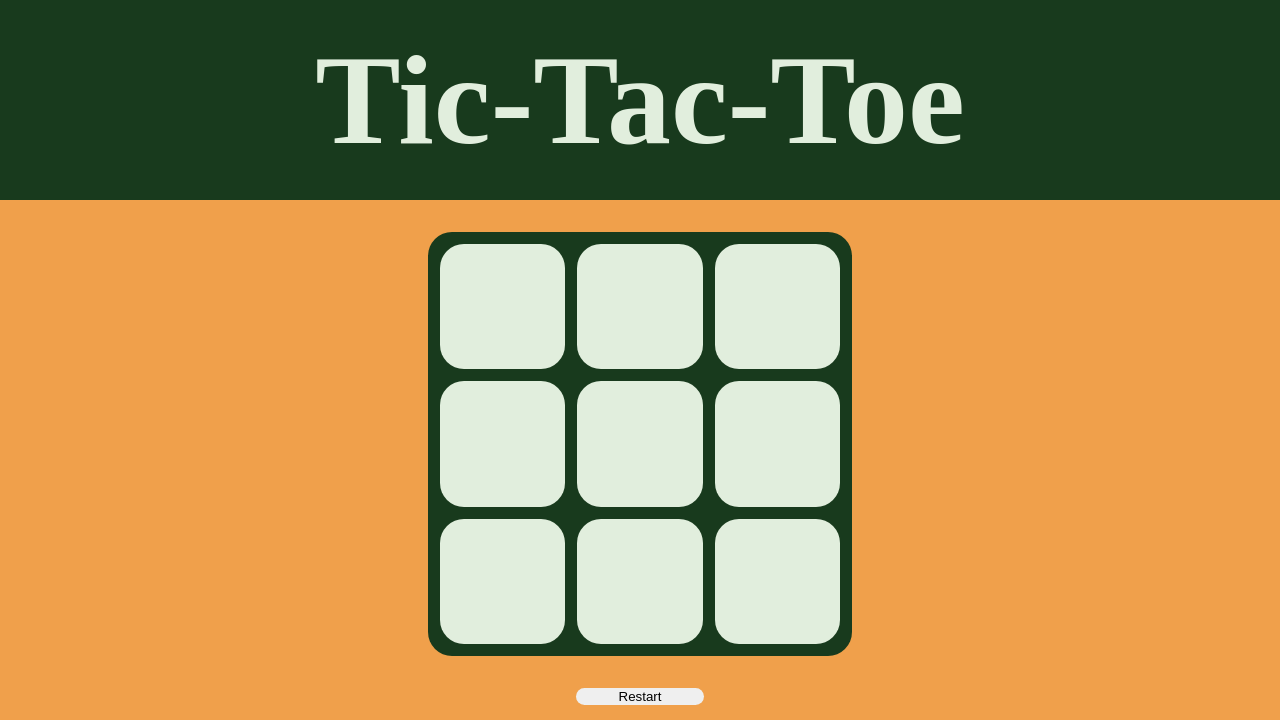
Repository: yeetzpxoci/tic-tac-toe
Page: index.html
These files come from the project's save history. The page is drawn as it stood at one moment and after the next save; the edit follows.
The browser window is 1280 px wide. The pictures show the whole page.

Above is the page before, as saved 2023-02-23 18:46:25.

After the next save:
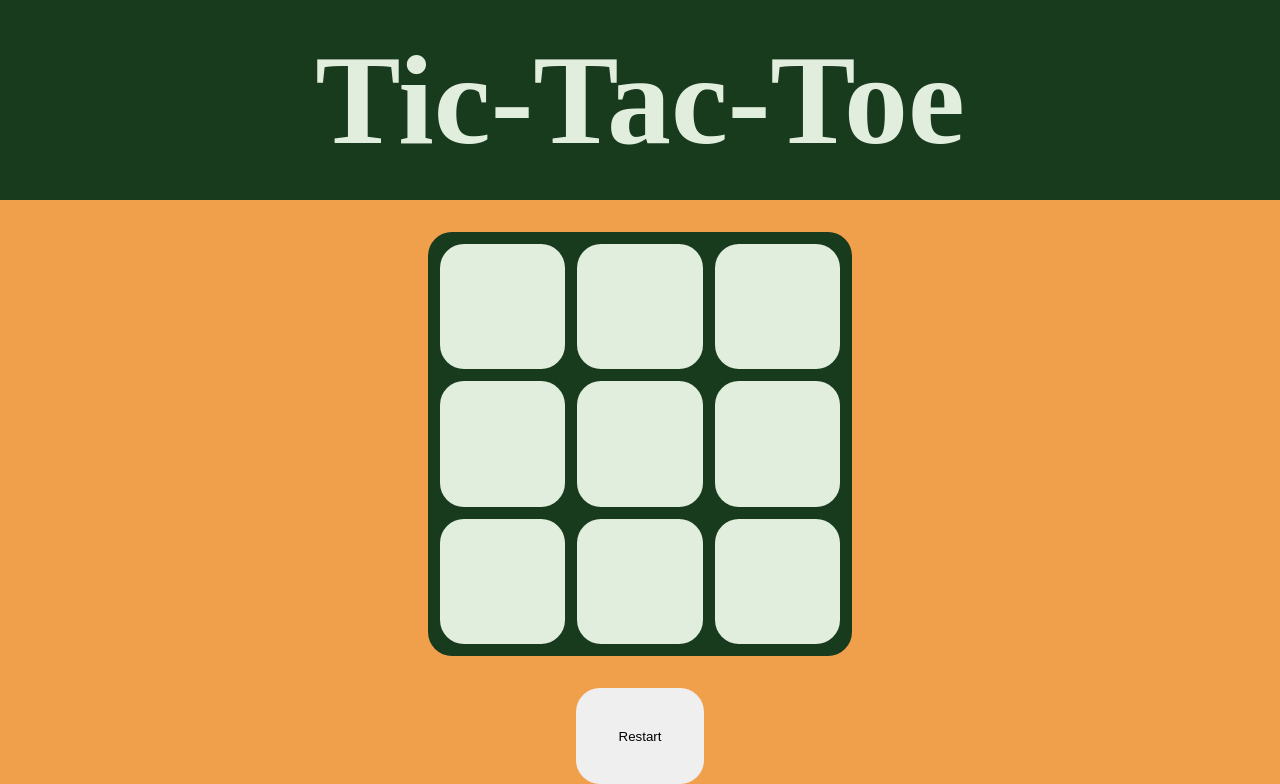
Saved 5 s later.
--- a/styles.css
+++ b/styles.css
@@ -54,6 +54,7 @@ body {
 
 #restart {
     width: 128px;
+    height: 96px;
     border-radius: 24px;
     border-width: 0px;
 }
